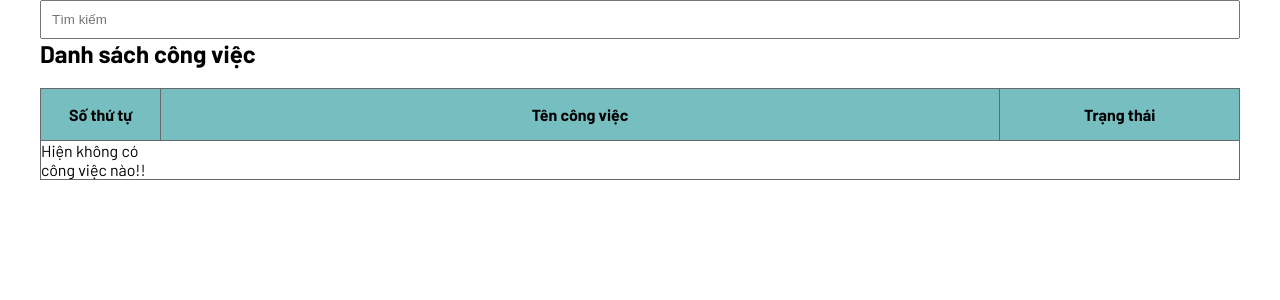
Repository: OkazakiTruong/searchReact
Page: /
The author's editor kept a copy of each file at every save. The page is drawn from the files as they stood at one save, then again after the next save.
The browser window is 1280 px wide. The pictures show the whole page.
The page's requests for data from a server got no answer. The project was rebuilt for these pictures with package versions that can differ from the ones it lists, and the page was loaded fresh each time. No one was signed in, and anything a server would have sent is missing. Also part of the build but not shown: vite.config.js.

Above is the page before, as saved 2024-01-11 14:13:10.

### src/App.jsx
import React from "react";
import { SearchAppContainer } from "./SearchApp/SearchAppContainer";

export const App = () => {
  return (
    <div className="app">
      <SearchAppContainer />
    </div>
  );
};

### src/index.css
@import url("https://fonts.googleapis.com");
@import url("https://fonts.gstatic.com");
@import url("https://fonts.googleapis.com/css2?family=Barlow:ital,wght@0,100;0,200;0,300;0,400;0,500;0,600;0,700;0,800;0,900;1,100;1,200;1,300;1,400;1,500;1,600;1,700;1,800;1,900&display=swap");

* {
  padding: 0;
  margin: 0;
  box-sizing: border-box;
}

body {
  font-family: "Barlow", sans-serif;
}

.app {
  max-width: 1250px;
  padding: 0 25px;
  margin: 0 auto;
}

### src/SearchApp/SearchAppContainer.jsx
import React, { useCallback, useEffect, useState } from "react";
import { ListTodo } from "./Todo/ListTodo";
import { Search } from "./Search/Search";

export const SearchAppContainer = () => {
  const [todos, setTodos] = useState(null);
  useEffect(() => {
    //fetch api
    fetch("https://jsonplaceholder.typicode.com/todos?_page=1", {
      method: "GET",
      headers: {
        "Content-type": "application/json",
      },
    })
      .then((response) => response.json())
      .then((data) => {
        setTodos(data);
      });
  }, []);
  return (
    <div>
      <Search />
      <ListTodo todos={todos} />
    </div>
  );
};

### src/SearchApp/Todo/ListTodo.jsx
import React from "react";
import "./listTodo.css";

export const ListTodo = ({ todos }) => {
  return (
    <>
      <h2>Danh sách công việc</h2>
      <table>
        <tbody>
          <tr>
            <th className="numerical-order">Số thứ tự</th>
            <th className="todo-name">Tên công việc</th>
            <th className="status">Trạng thái</th>
          </tr>
          {!todos
            ? "Hiện không có công việc nào!!"
            : todos.map((todo, index) => (
                <tr>
                  <td>{++index}</td>
                  <td>{todo.title}</td>
                  <td>
                    {todo.completed ? "Đã hoàn thành" : "Chưa hoàn thành"}
                  </td>
                </tr>
              ))}
        </tbody>
      </table>
    </>
  );
};

### src/SearchApp/Search/Search.jsx
import React from "react";
import "./Search.css";

export const Search = () => {
  return (
    <div>
      <form action="#">
        <div>
          <input type="text" placeholder="Tìm kiếm" />
        </div>
      </form>
    </div>
  );
};

### src/SearchApp/Todo/listTodo.css
table {
  width: 100%;
}
table,
th,
td {
  border: 1px solid #696969;
  border-collapse: collapse;
}
th,
td {
  padding: 16px;
}
th {
  background-color: rgb(119, 190, 192);
}
th.todo-name {
  width: 70%;
}
th.numeric-order {
  width: 10%;
}
th.status {
  width: 20%;
}

h2 {
  margin-bottom: 20px;
}

### src/SearchApp/Search/Search.css
input {
  padding: 10px;
  width: 100%;
}

Loaded but not shown: index.html (common file); src/main.jsx (common file)

After the next save:
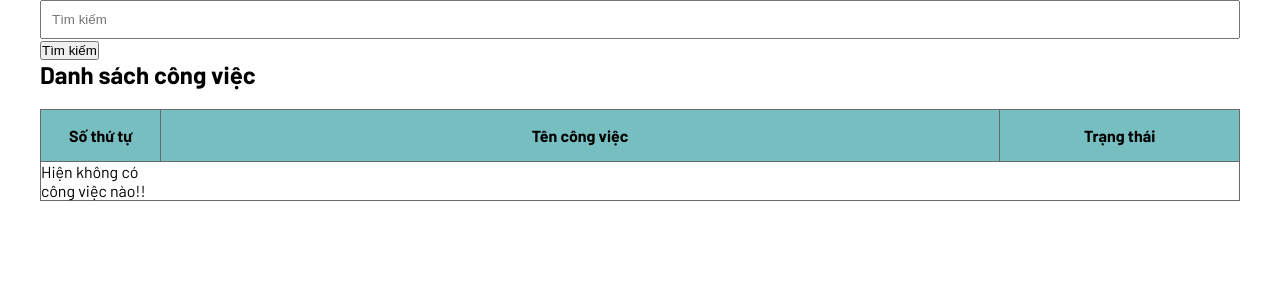
Saved 9 s later.
--- a/src/SearchApp/Search/Search.jsx
+++ b/src/SearchApp/Search/Search.jsx
@@ -7,6 +7,7 @@
       <form action="#">
         <div>
           <input type="text" placeholder="Tìm kiếm" />
+          <button>Tìm kiếm</button>
         </div>
       </form>
     </div>

After the 2 saves that followed:
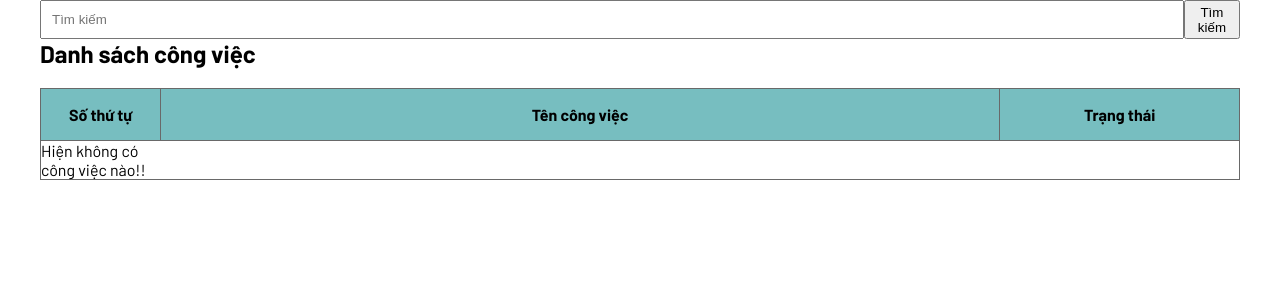
The 2 saves are shown as one change because 1 left the picture as it was.
The last was saved 43 s later.
--- a/src/SearchApp/Search/Search.jsx
+++ b/src/SearchApp/Search/Search.jsx
@@ -5,7 +5,7 @@
   return (
     <div>
       <form action="#">
-        <div>
+        <div className="search-bar">
           <input type="text" placeholder="Tìm kiếm" />
           <button>Tìm kiếm</button>
         </div>
--- a/src/SearchApp/Search/Search.css
+++ b/src/SearchApp/Search/Search.css
@@ -2,3 +2,6 @@ input {
   padding: 10px;
   width: 100%;
 }
+.search-bar {
+  display: flex;
+}
